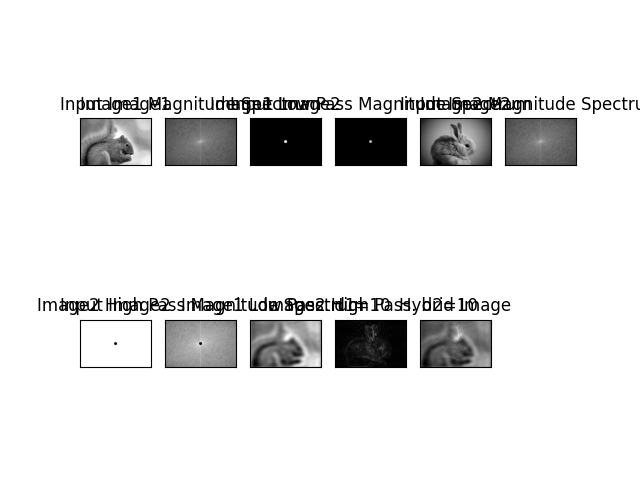
Repository: Yuer-yuan/CV
Script's output: python lab1-hybrid-image/gui/fft.py
These files come from the project's save history. The script's output is drawn as it stood at one moment and after a run of saves; the edit follows.
Random numbers start from a fixed seed. It also reads lab1-hybrid-image/gui/res/bunny1.png, lab1-hybrid-image/gui/res/squirrel1.png.

Above is the script's output before, as saved 2023-03-26 21:21:55.

After the next 3 saves:
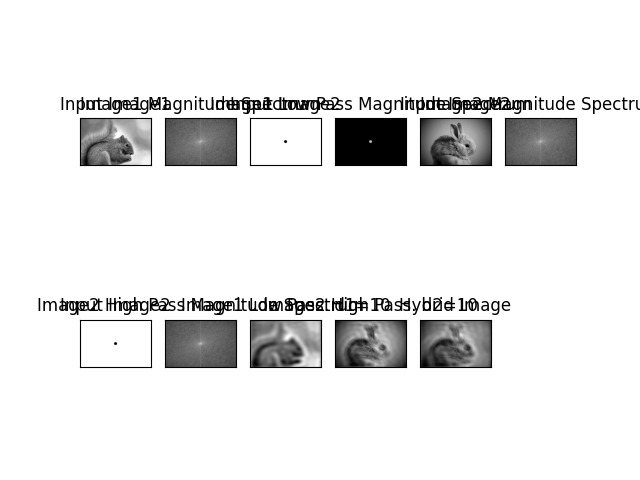
The 3 saves are shown as one change because 2 did not build or start.
The last was saved 2 min 51 s later.
--- a/lab1-hybrid-image/gui/fft.py
+++ b/lab1-hybrid-image/gui/fft.py
@@ -14,18 +14,11 @@ d1, d2 = 10, 10
 def ideal_spectral_filter(shape, d, type='lowpass'):
     m, n = shape
     basic_element = 0 if type == 'lowpass' else 1
-    h = np.array((m, n), dtype=np.float32)
-    if type == 'lowpass':
-        h = np.zeros((m, n), dtype=np.float32)
-    if type == 'highpass':
-        h = np.ones((m, n), dtype=np.float32)
+    h = np.full((m, n), basic_element, dtype=np.float32)
     for i in range(m):
         for j in range(n):
             if np.sqrt((i - m / 2) ** 2 + (j - n / 2) ** 2) <= d:
-                if type == 'lowpass':
-                    h[i, j] = 1
-                if type == 'highpass':
-                    h[i, j] = 0
+                    h[i, j] = ~basic_element
     return h
 
 def spatial_hybrid_image(img1, img2, ksize1, sigma1, ksize2, sigma2):
